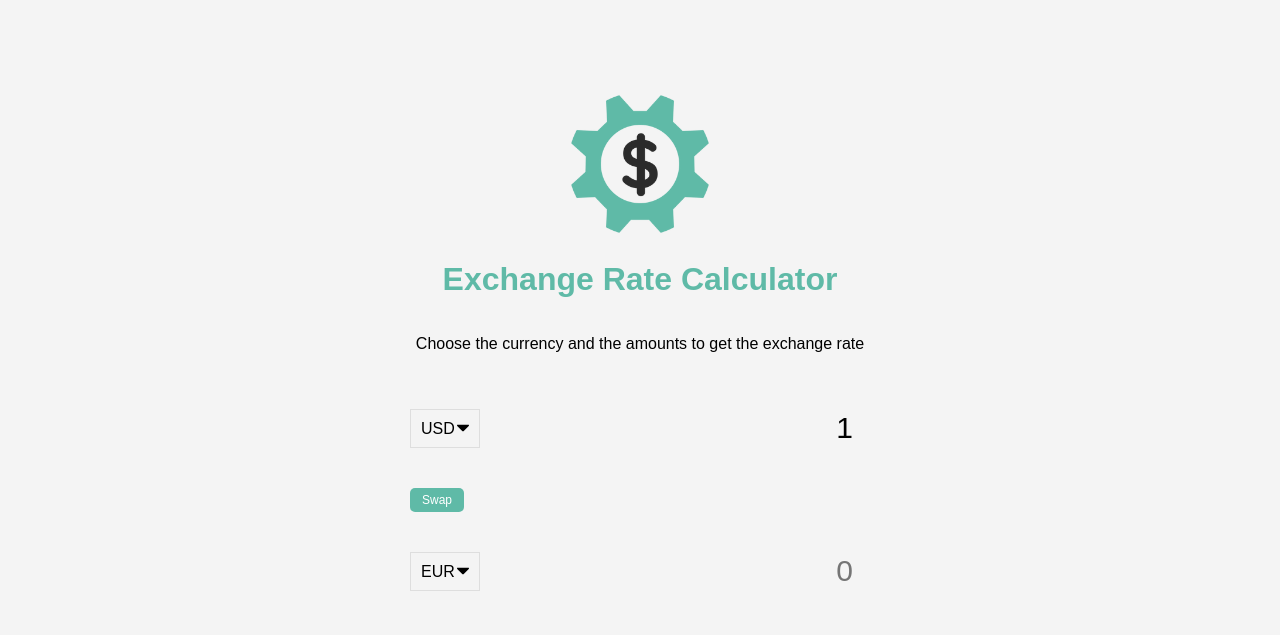
Repository: CAMPSLOPY/ExchangeRateApp
Page: index.html
An editor plug-in stored every save of this project. The page is shown before and after the next save, followed by the edit.
The browser window is 1280 px wide. The pictures show the whole page.

Above is the page before, as saved 2021-01-15 12:17:59.

### index.html
<!DOCTYPE html>
<html lang="en">
  <head>
    <meta charset="UTF-8" />
    <meta name="viewport" content="width=device-width, initial-scale=1.0" />
    <meta http-equiv="X-UA-Compatible" content="ie=edge" />
    <title>Exchange Rate Calculator</title>
    <link rel="stylesheet" href="styles.css" />
  </head>
  <body>
    <img src="img/money.png" alt="" class="money-img" />
    <h1>Exchange Rate Calculator</h1>
    <p>Choose the currency and the amounts to get the exchange rate</p>

    <div class="container">
      <div class="currency">
        <select id="currency-one">
          <option value="AED">AED</option>
          <option value="ARS">ARS</option>
          <option value="AUD">AUD</option>
          <option value="BGN">BGN</option>
          <option value="BRL">BRL</option>
          <option value="BSD">BSD</option>
          <option value="CAD">CAD</option>
          <option value="CHF">CHF</option>
          <option value="CLP">CLP</option>
          <option value="CNY">CNY</option>
          <option value="COP">COP</option>
          <option value="CZK">CZK</option>
          <option value="DKK">DKK</option>
          <option value="DOP">DOP</option>
          <option value="EGP">EGP</option>
          <option value="EUR">EUR</option>
          <option value="FJD">FJD</option>
          <option value="GBP">GBP</option>
          <option value="GTQ">GTQ</option>
          <option value="HKD">HKD</option>
          <option value="HRK">HRK</option>
          <option value="HUF">HUF</option>
          <option value="IDR">IDR</option>
          <option value="ILS">ILS</option>
          <option value="INR">INR</option>
          <option value="ISK">ISK</option>
          <option value="JPY">JPY</option>
          <option value="KRW">KRW</option>
          <option value="KZT">KZT</option>
          <option value="MXN">MXN</option>
          <option value="MYR">MYR</option>
          <option value="NOK">NOK</option>
          <option value="NZD">NZD</option>
          <option value="PAB">PAB</option>
          <option value="PEN">PEN</option>
          <option value="PHP">PHP</option>
          <option value="PKR">PKR</option>
          <option value="PLN">PLN</option>
          <option value="PYG">PYG</option>
          <option value="RON">RON</option>
          <option value="RUB">RUB</option>
          <option value="SAR">SAR</option>
          <option value="SEK">SEK</option>
          <option value="SGD">SGD</option>
          <option value="THB">THB</option>
          <option value="TRY">TRY</option>
          <option value="TWD">TWD</option>
          <option value="UAH">UAH</option>
          <option value="USD" selected>USD</option>
          <option value="UYU">UYU</option>
          <option value="VND">VND</option>
          <option value="ZAR">ZAR</option>
        </select>
        <input type="number" id="amount-one" placeholder="0" value="1" />
      </div>

      <div class="swap-rate-container">
        <button class="btn" id="swap">Swap</button>
        <div class="rate" id="rate"></div>
      </div>

      <div class="currency">
        <select id="currency-two">
          <option value="AED">AED</option>
          <option value="ARS">ARS</option>
          <option value="AUD">AUD</option>
          <option value="BGN">BGN</option>
          <option value="BRL">BRL</option>
          <option value="BSD">BSD</option>
          <option value="CAD">CAD</option>
          <option value="CHF">CHF</option>
          <option value="CLP">CLP</option>
          <option value="CNY">CNY</option>
          <option value="COP">COP</option>
          <option value="CZK">CZK</option>
          <option value="DKK">DKK</option>
          <option value="DOP">DOP</option>
          <option value="EGP">EGP</option>
          <option value="EUR" selected>EUR</option>
          <option value="FJD">FJD</option>
          <option value="GBP">GBP</option>
          <option value="GTQ">GTQ</option>
          <option value="HKD">HKD</option>
          <option value="HRK">HRK</option>
          <option value="HUF">HUF</option>
          <option value="IDR">IDR</option>
          <option value="ILS">ILS</option>
          <option value="INR">INR</option>
          <option value="ISK">ISK</option>
          <option value="JPY">JPY</option>
          <option value="KRW">KRW</option>
          <option value="KZT">KZT</option>
          <option value="MXN">MXN</option>
          <option value="MYR">MYR</option>
          <option value="NOK">NOK</option>
          <option value="NZD">NZD</option>
          <option value="PAB">PAB</option>
          <option value="PEN">PEN</option>
          <option value="PHP">PHP</option>
          <option value="PKR">PKR</option>
          <option value="PLN">PLN</option>
          <option value="PYG">PYG</option>
          <option value="RON">RON</option>
          <option value="RUB">RUB</option>
          <option value="SAR">SAR</option>
          <option value="SEK">SEK</option>
          <option value="SGD">SGD</option>
          <option value="THB">THB</option>
          <option value="TRY">TRY</option>
          <option value="TWD">TWD</option>
          <option value="UAH">UAH</option>
          <option value="USD">USD</option>
          <option value="UYU">UYU</option>
          <option value="VND">VND</option>
          <option value="ZAR">ZAR</option>
        </select>
        <input type="number" id="amount-two" placeholder="0" />
      </div>
    </div>

    <script src="/app.js"></script>
  </body>
</html>

### styles.css
:root {
  --primary-color: #5fbaa7;
}

* {
  box-sizing: border-box;
}

body {
  background-color: #f4f4f4;
  font-family: Arial, Helvetica, sans-serif;
  display: flex;
  flex-direction: column;
  align-items: center;
  justify-content: center;
  height: 100vh;
  margin: 0;
  padding: 20px;
}

h1 {
  color: var(--primary-color);
}

p {
  text-align: center;
}

.btn {
  color: #fff;
  background: var(--primary-color);
  cursor: pointer;
  border-radius: 5px;
  font-size: 12px;
  padding: 5px 12px;
  outline: 0;
  border: 0;
}

.money-img {
  width: 150px;
}

.currency {
  padding: 40px 0;
  display: flex;
  align-items: center;
  justify-content: space-between;
}

.currency select {
  padding: 10px 20px 10px 10px;
  -moz-appearance: none;
  -webkit-appearance: none;
  appearance: none;
  border: 1px solid #dedede;
  font-size: 16px;
  background: transparent;
  background-image: url("data:[embedded picture, 475 characters]");
  background-position: right 10px top 50%, 0, 0;
  background-size: 12px auto, 100%;
  background-repeat: no-repeat;
}

.currency input {
  border: 0;
  background: transparent;
  font-size: 30px;
  text-align: right;
}

.swap-rate-container {
  display: flex;
  align-items: center;
  justify-content: space-between;
}

.rate {
  color: var(--primary-color);
  font-size: 14px;
  padding: 0 10px;
}


select:focus,
input:focus,
button:focus {
  outline: 0;
}

@media (max-width: 600px) {
  .currency input {
    width: 200px;
  }
}

Loaded but not shown: app.js (no stored copy; drawn as an empty file)

After the next save:
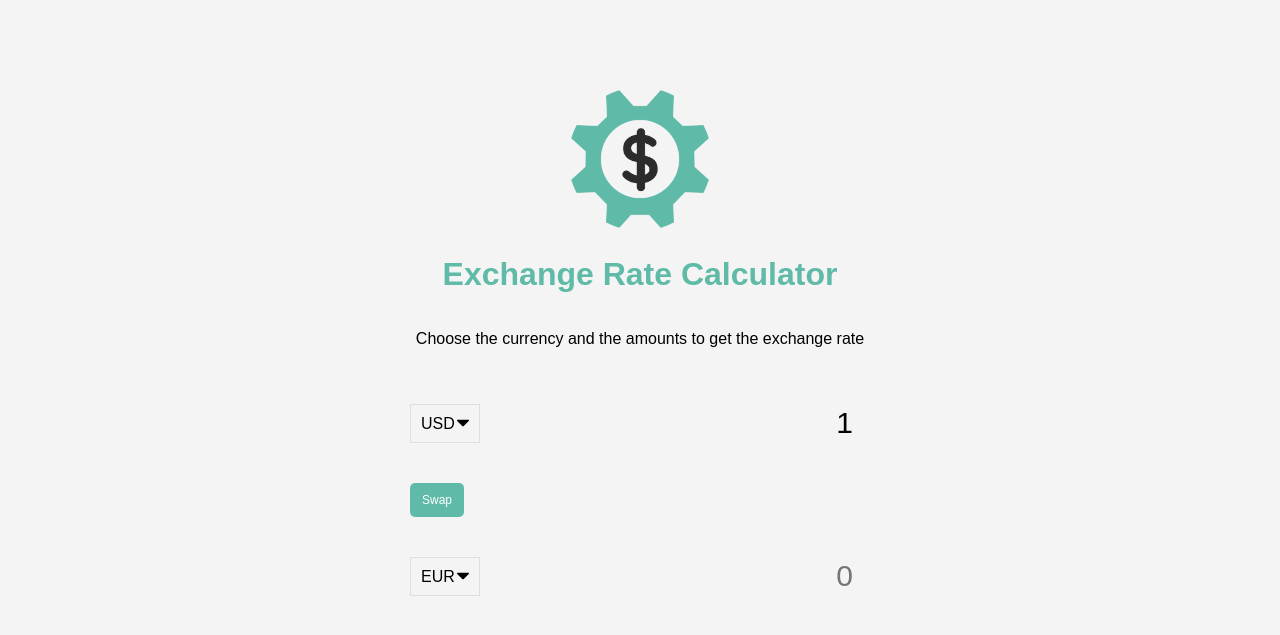
Saved 14 s later.
--- a/styles.css
+++ b/styles.css
@@ -32,7 +32,7 @@ p {
   cursor: pointer;
   border-radius: 5px;
   font-size: 12px;
-  padding: 5px 12px;
+  padding: 10px 12px;
   outline: 0;
   border: 0;
 }
